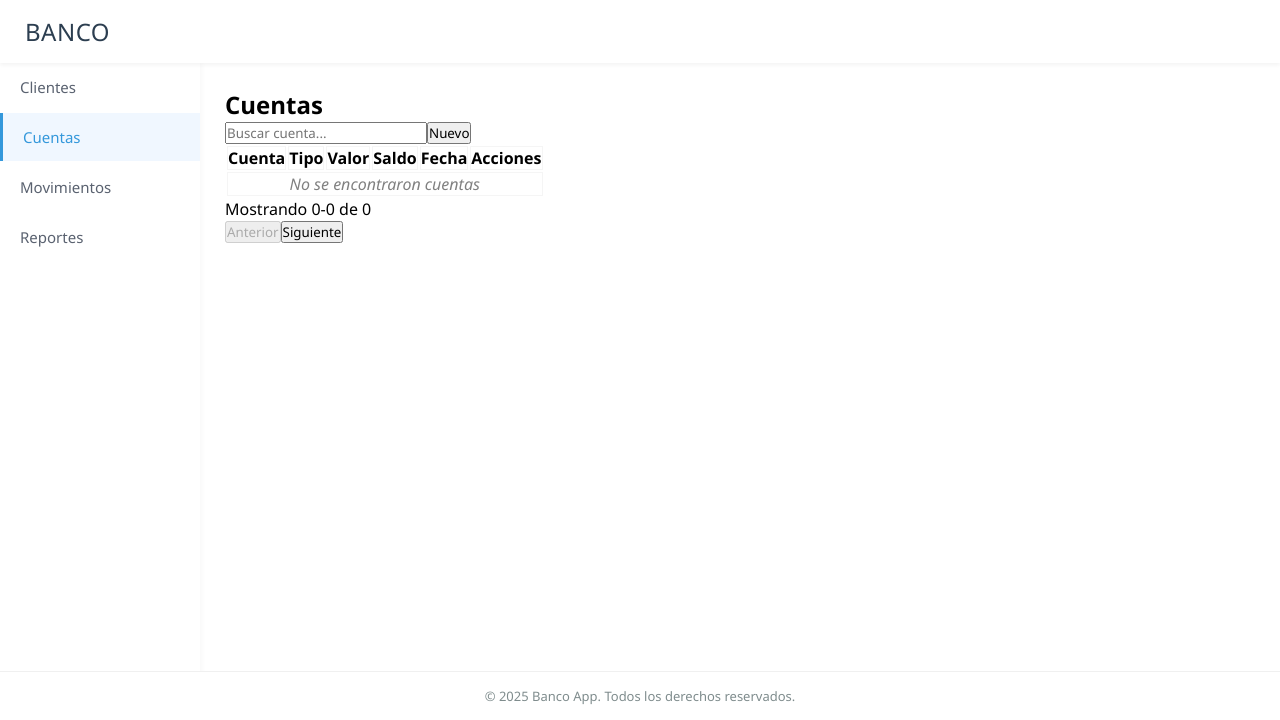
Repository: nder1996/Bank-Devsu
Page: /cuentas (app in Frontend/banco-devsu/)
The author's editor kept a copy of each file at every save. The page is drawn from the files as they stood at one save, then again after the next save.
The browser window is 1280 px wide. The pictures show the whole page.
The page's requests for data from a server got no answer. The project was rebuilt for these pictures with package versions that can differ from the ones it lists, and the page was loaded fresh each time. No one was signed in, and anything a server would have sent is missing. Also part of the build but not shown: Frontend/banco-devsu/angular.json, Frontend/banco-devsu/src/app/presentation/pages/clientes/clientes.component.ts, Frontend/banco-devsu/src/app/core/services/cliente.service.ts, Frontend/banco-devsu/src/app/presentation/pages/movimientos/movimientos.component.ts, Frontend/banco-devsu/src/app/core/services/movimiento.service.ts, Frontend/banco-devsu/src/app/presentation/pages/reportes/reportes.component.ts.

Above is the page before, as saved 2025-08-22 14:10:04.

After the next save:
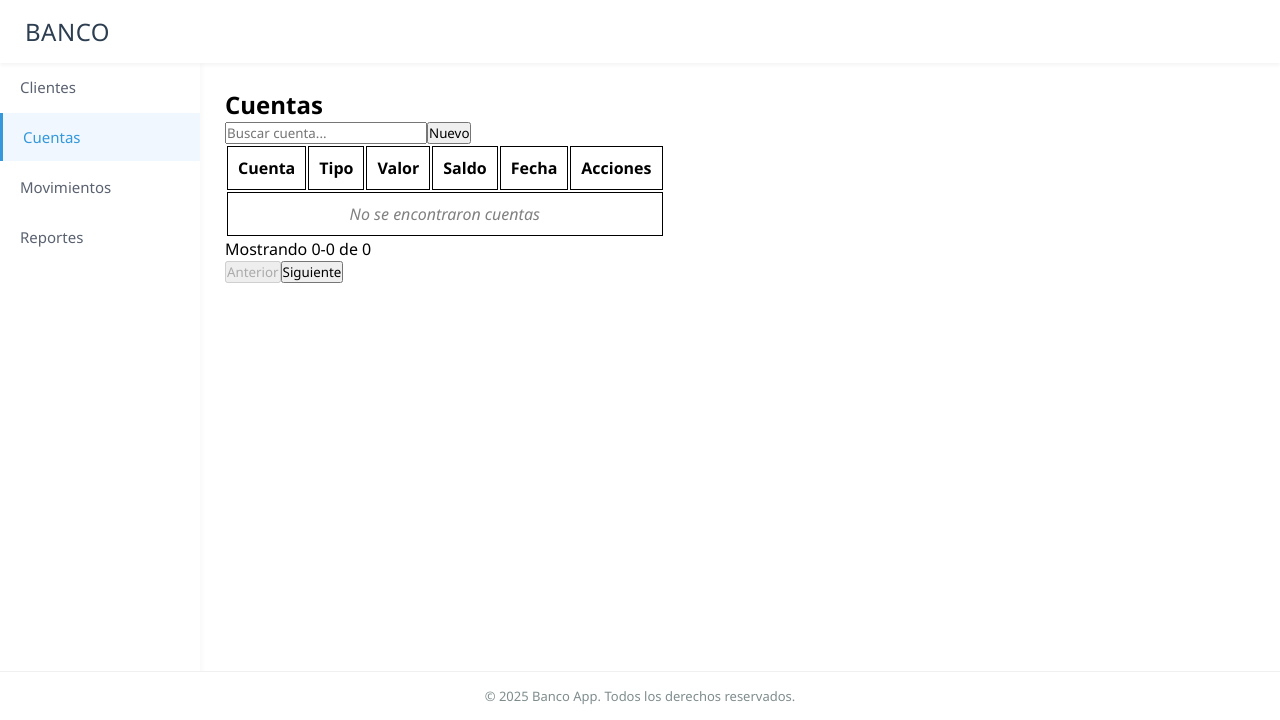
Saved 58 s later.
--- a/Frontend/banco-devsu/src/app/presentation/pages/cuentas/cuentas.component.css
+++ b/Frontend/banco-devsu/src/app/presentation/pages/cuentas/cuentas.component.css
@@ -2,7 +2,8 @@
 .data-table th,
 .data-table td {
   text-align: center !important;
-  border: 1px solid whitesmoke;
+  border: 1px solid black;
+  padding: 10px;
 }
 
 .data-table td.actions {
